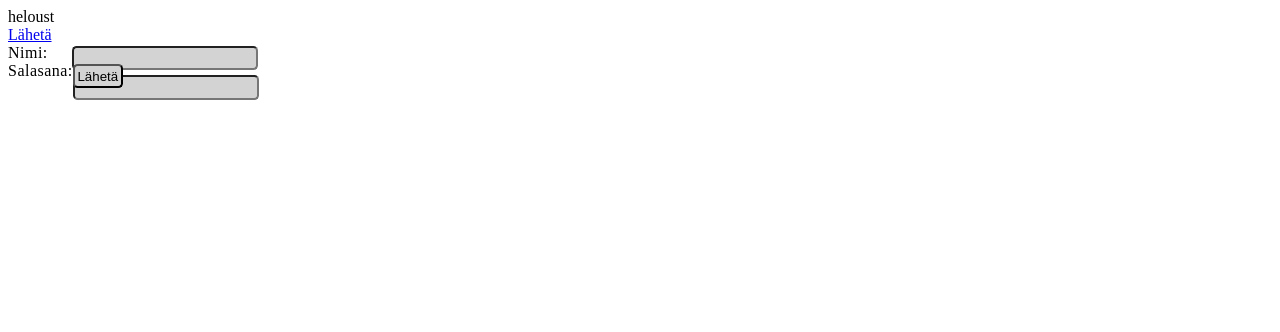
Repository: sirkian/ohj2-t4
Page: http://localhost/Kommunikaatio/
An editor plug-in stored every save of this project. The page is shown before and after the next save, followed by the edit.
The browser window is 1280 px wide. The pictures show the whole page.
The page is served by Tomcat 9.

Above is the page before, as saved 2022-03-19 14:10:04.

### Kommunikaatio/src/main/webapp/index.jsp
<%@ page language="java" contentType="text/html; charset=ISO-8859-1"
    pageEncoding="ISO-8859-1"%>
<!DOCTYPE html>
<html>
<head>
<meta charset="ISO-8859-1">
<title>Insert title here</title>
<style>
body {
	display: flex;
	flex-direction: column;
}
input {
	background: lightgrey;
	border-radius:0.35em;
	padding: 0.2em;
	margin: 0.15em 0;
	position: absolute;
}
.nimi {
	left: 5.4em;
}
.pw {
	top: 5.5em;
}
submit {
	top: 20em;
}
form {
	letter-spacing: 0.03em;
}
</style>
</head>
<body>
heloust
<a href="toka.jsp?nimi=jaska&ika=10">Lähetä</a>
<form action="kolmas.jsp" method="POST">
	Nimi: <input class="nimi" type="text" name="nimi"><br>
	Salasana: <input class="pw" type="password" name="pwd">
	<input class="btn" type="submit" value="Lähetä">
</form>
</body>
</html>

After the next save:
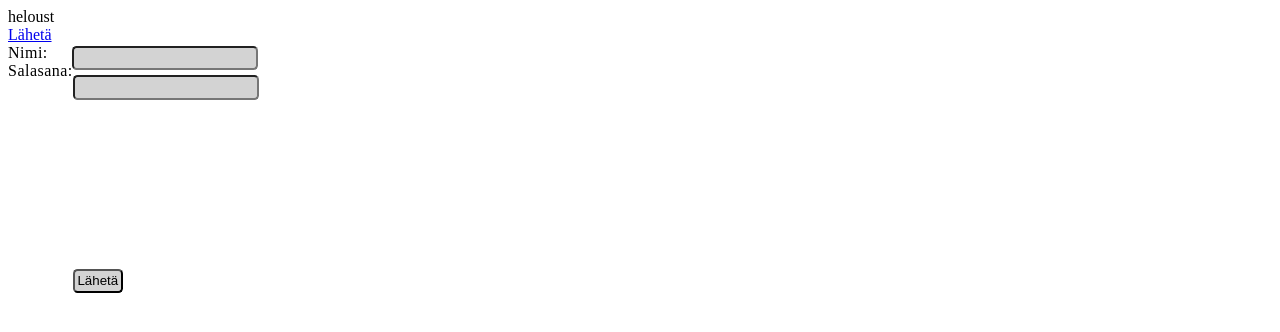
Saved 8 s later.
--- a/Kommunikaatio/src/main/webapp/index.jsp
+++ b/Kommunikaatio/src/main/webapp/index.jsp
@@ -23,7 +23,7 @@ input {
 .pw {
 	top: 5.5em;
 }
-submit {
+.btn {
 	top: 20em;
 }
 form {
